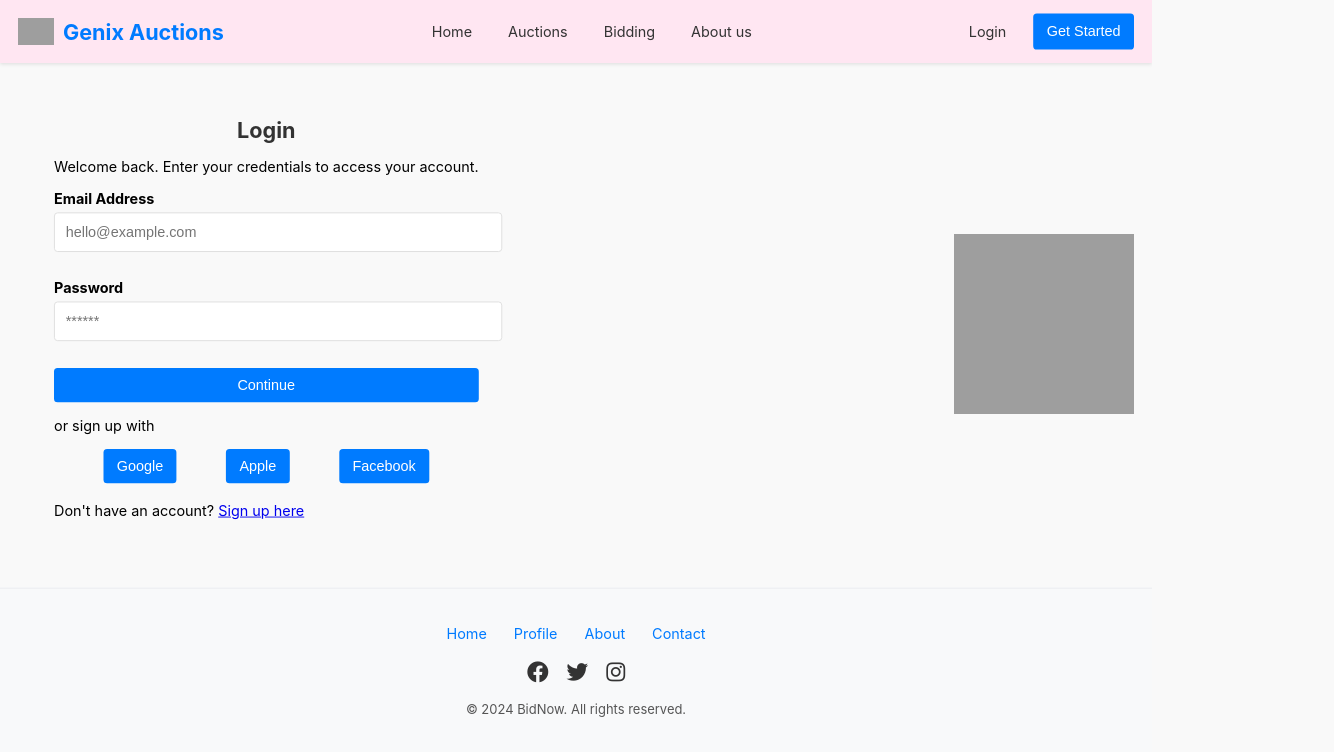
Repository: Manoj-T-V/AuctionBid
Page: /login
The author's editor kept a copy of each file at every save. The page is drawn from the files as they stood at one save, then again after a run of saves.
The browser window is 1280 px wide. The page is 1280 px wide, then 1482 px, so the pictures cover 1482 px, including what lies to the right of the window. The pictures show the whole page, at 90% of full size.
Pictures or frames that could not be fetched are drawn as grey boxes. The project was rebuilt for these pictures with package versions that can differ from the ones it lists, and the page was loaded fresh each time. Also part of the build but not shown: src/pages/Home.js, src/pages/AuctionItem.js, src/pages/Profile.js, src/styles/Signup.css, src/pages/Register.js, src/components/PrivateRoute.js, src/pages/Welcome.js, src/pages/CreateAuctionItem.js and 3 more.

Above is the page before, as saved 2024-10-19 21:42:30.

### public/index.html
<!DOCTYPE html>
<html lang="en">
  <head>
    <meta charset="utf-8" />
    <link rel="icon" href="%PUBLIC_URL%/favicon.ico" />
    <link rel="stylesheet" href="https://cdnjs.cloudflare.com/ajax/libs/font-awesome/5.15.4/css/all.min.css" />
    <meta name="viewport" content="width=device-width, initial-scale=1" />
    <meta name="theme-color" content="#000000" />
    <meta
      name="description"
      content="Web site created using create-react-app"
    />
    <link rel="apple-touch-icon" href="%PUBLIC_URL%/logo192.png" />
    <!--
      manifest.json provides metadata used when your web app is installed on a
      user's mobile device or desktop. See https://developers.google.com/web/fundamentals/web-app-manifest/
    -->
    <link rel="manifest" href="%PUBLIC_URL%/manifest.json" />
    <!--
      Notice the use of %PUBLIC_URL% in the tags above.
      It will be replaced with the URL of the `public` folder during the build.
      Only files inside the `public` folder can be referenced from the HTML.

      Unlike "/favicon.ico" or "favicon.ico", "%PUBLIC_URL%/favicon.ico" will
      work correctly both with client-side routing and a non-root public URL.
      Learn how to configure a non-root public URL by running `npm run build`.
    -->
    <title>React App</title>
  </head>
  <body>
    <noscript>You need to enable JavaScript to run this app.</noscript>
    <div id="root"></div>
    <!--
      This HTML file is a template.
      If you open it directly in the browser, you will see an empty page.

      You can add webfonts, meta tags, or analytics to this file.
      The build step will place the bundled scripts into the <body> tag.

      To begin the development, run `npm start` or `yarn start`.
      To create a production bundle, use `npm run build` or `yarn build`.
    -->
  </body>
</html>

### src/App.js
import React from 'react';
import { BrowserRouter as Router, Route, Routes } from 'react-router-dom';
import Home from './pages/Home';
import AuctionItem from './pages/AuctionItem';
import Profile from './pages/Profile';
import Register from './pages/Register';
import Login from './pages/Login';
import Navbar from './components/Navbar';
import PrivateRoute from './components/PrivateRoute';
import { createGlobalStyle } from 'styled-components';
import Footer from './components/Footer';
import Welcome from './pages/Welcome';
import AuctionCreate from './pages/CreateAuctionItem.js'
import MyAuctions from './pages/MyAuctions.js';
import AuctionEdit from './pages/MyAuctionEdit.js';
import MyBids from './pages/MyBids.js';

const GlobalStyle = createGlobalStyle`
  body {
    font-family: 'Inter', sans-serif;
    background-color: #F9F9F9;
    margin: 0;
    padding: 0;
    box-sizing: border-box;
  }

  h1, h2, h3, h4, h5, h6 {
    margin: 0;
    font-weight: bold;
    color: #333;
  }

  button {
    background-color: #007BFF;
    color: white;
    border: none;
    border-radius: 4px;
    padding: 10px 15px;
    font-size: 1rem;
    cursor: pointer;
  }

  button:hover {
    background-color: #0056b3;
  }

  input {
    padding: 10px;
    border: 1px solid #DDD;
    border-radius: 4px;
    font-size: 1rem;
    width: 100%;
    margin-bottom: 15px;
  }

  .container {
    max-width: 1200px;
    margin: 0 auto;
    padding: 0 20px;
  }

  .page-title {
    text-align: center;
    margin: 20px 0;
    font-size: 2rem;
    color: #444;
  }
`;

function App() {
  return (
    <Router>
      <GlobalStyle />
      <div>
        <Navbar />
        <Routes>
          <Route path="/" element={<Home />} />
          <Route path="/login" element={<Login />} />
          <Route path="/register" element={<Register />} />
          <Route path="/auction/:id" element={<AuctionItem />} />
          <Route path="/profile" element={<Profile />} />
          <Route path="/welcome" element={<Welcome />} />
          <Route path="/createauction" element={< AuctionCreate />} />
          <Route path="/myauctions" element={< MyAuctions />} />
          <Route path="/auctions/edit/:id" element={<AuctionEdit />} />
          <Route path="/mybids" element={<MyBids />} />
        </Routes>
        <Footer></Footer>
      </div>
    </Router>
  );
}

export default App;

### src/pages/Login.js
import React, { useState } from 'react';
import axios from 'axios';
import { useNavigate } from 'react-router-dom';
import { Link } from 'react-router-dom';
import loginImage from '../assets/login.svg';

import '../styles/Login.css'; // Import the CSS file for styling

const apiUrl = process.env.REACT_APP_API_URL;

function LoginPage() {
  const [email, setEmail] = useState('');
  const [password, setPassword] = useState('');
  const navigate = useNavigate();

  const handleSubmit = async (e) => {
    console.log(apiUrl);
    e.preventDefault();
    try {
      const response = await axios.post(`${apiUrl}/api/auth/login`, { email, password });
      console.log('Login successful:', response.data);
      const token = response.data.token;
      localStorage.setItem('name', response.data.user.name);
      localStorage.setItem('email', response.data.user.email);
      localStorage.setItem('token', token);
      navigate('/');
    } catch (error) {
      console.error("Error while logging in:", error);
    }
  };

  return (
    <div className="login-container">
      <div className="login-wrapper">
        <div className="login-card">
          <h2>Login</h2>
          <p>Welcome back. Enter your credentials to access your account.</p>
          <form onSubmit={handleSubmit}>
            <div className="input-group">
              <label htmlFor="email">Email Address</label>
              <input
                type="email"
                id="email"
                value={email}
                onChange={(e) => setEmail(e.target.value)}
                placeholder="hello@example.com"
                required
              />
            </div>
            <div className="input-group">
              <label htmlFor="password">Password</label>
              <input
                type="password"
                id="password"
                value={password}
                onChange={(e) => setPassword(e.target.value)}
                placeholder="******"
                required
              />
            </div>
            <button type="submit" className="full-width-button">Continue</button>
          </form>
          <p>or sign up with</p>
          <div className="social-login">
            <button className="google-login">Google</button>
            <button className="apple-login">Apple</button>
            <button className="facebook-login">Facebook</button>
          </div>
          <p>Don't have an account? <Link to="/register">Sign up here</Link></p>
        </div>
        <div className="login-image">
          <img src="https://picsum.photos/200" alt="Login illustration" />
        </div>
      </div>
    </div>
  );
}

export default LoginPage;

### src/components/Navbar.js
import React, { useState } from 'react';
import { Link, useNavigate } from 'react-router-dom';
import styled from 'styled-components';
import { FaUserCircle } from 'react-icons/fa'; // Import the user icon

const Nav = styled.nav`
  background-color: #ffe6f2;
  padding: 15px 20px;
  box-shadow: 0 2px 4px rgba(0, 0, 0, 0.1);
  display: flex;
  justify-content: space-between;
  align-items: center;

  .logo {
    font-size: 1.5rem;
    font-weight: bold;
    color: #007BFF;
    display: flex;
    align-items: center;
  }

  .nav-links {
    display: flex;
    gap: 20px;
  }

  a {
    text-decoration: none;
    color: #333;
    font-size: 1rem;
    padding: 10px;
  }

  a:hover {
    color: #007BFF;
  }

  .profile-section {
    position: relative;
  }

  .profile-icon {
    cursor: pointer;
    font-size: 2rem;
  }

  .dropdown {
    position: absolute;
    width: max-content;
    top: 100%;
    right: 0;
    background-color: white;
    box-shadow: 0px 4px 8px rgba(0, 0, 0, 0.1);
    border-radius: 5px;
    display: ${({ showDropdown }) => (showDropdown ? 'block' : 'none')};
    padding: 5px;
  }

  .dropdown a {
    display: block;
    text-decoration: none;
    color: #333;
  }

  .dropdown a:hover {
    background-color: #f0f0f0;
  }
`;

const Navbar = () => {
  const [showDropdown, setShowDropdown] = useState(false);
  const navigate = useNavigate();

  const handleLogout = () => {
    localStorage.removeItem('token');
    navigate('/login');
  };

  const handleRegister = () => {
    navigate('/register');
  };

  const toggleDropdown = () => {
    setShowDropdown(!showDropdown);
  };

  return (
    <Nav showDropdown={showDropdown}>
      <div className="logo">
        <img src="/logo.png" alt="Logo" style={{ height: '30px', marginRight: '10px' }} />
        Genix Auctions
      </div>

      <div className="nav-links">
        <Link to="/">Home</Link>
        <Link to="/auctions">Auctions</Link>
        <Link to="/bidding">Bidding</Link>
        <Link to="/about">About us</Link>
      </div>

      {localStorage.getItem('token') ? (
        <div className="profile-section">
          <FaUserCircle className="profile-icon" onClick={toggleDropdown} />
          <div className="dropdown">
            <Link to="/profile">Profile</Link>
            <Link to="/myauctions">My Auctions</Link>
            <Link to="/mybids">My Bids</Link>
            <Link to="" onClick={handleLogout}>Logout</Link>
          </div>
        </div>
      ) : (
        <div className="nav-links">
          <Link to="/login">Login</Link>
          <button onClick={handleRegister}>Get Started</button>
        </div>
      )}
    </Nav>
  );
};

export default Navbar;

### src/components/Footer.js
import React from 'react';
import styled from 'styled-components';
import { Link } from 'react-router-dom';

const FooterContainer = styled.footer`
  background-color: #f8f9fa;
  padding: 40px 0;
  text-align: center;
  border-top: 1px solid #e9ecef;

  .footer-links {
    display: flex;
    justify-content: center;
    gap: 30px;
    margin-bottom: 20px;
  }

  a {
    text-decoration: none;
    color: #007bff;
    font-size: 1rem;
  }

  a:hover {
    color: #0056b3;
  }

  .social-icons {
    display: flex;
    justify-content: center;
    gap: 20px;
    margin-bottom: 20px;

    i {
      font-size: 1.5rem;
      color: #333;
    }

    i:hover {
      color: #007bff;
    }
  }

  .footer-text {
    color: #555;
    font-size: 0.9rem;
    margin-bottom: 0;
  }
`;

const Footer = () => {
  return (
    <FooterContainer>
      <div className="footer-links">
        <Link to="/">Home</Link>
        <Link to="/profile">Profile</Link>
        <Link to="/about">About</Link>
        <Link to="/contact">Contact</Link>
      </div>

      <div className="social-icons">
        <a href="https://www.facebook.com" target="_blank" rel="noopener noreferrer">
          <i className="fab fa-facebook"></i>
        </a>
        <a href="https://www.twitter.com" target="_blank" rel="noopener noreferrer">
          <i className="fab fa-twitter"></i>
        </a>
        <a href="https://www.instagram.com" target="_blank" rel="noopener noreferrer">
          <i className="fab fa-instagram"></i>
        </a>
      </div>

      <p className="footer-text">&copy; 2024 BidNow. All rights reserved.</p>
    </FooterContainer>
  );
};

export default Footer;

### src/styles/Login.css
.login-container {

  padding: 20px; /* Add padding to the container */
}

.login-card {
  padding: 40px; /* Increase padding within the card */
}

.input-group {
  display: flex;
  flex-direction: column;
  margin-bottom: 15px;
}

.input-group label {
  margin-bottom: 5px;
  font-weight: bold;
}

.input-group input {

  padding: 12px; /* Increase padding for input fields */
}

.forgot-password {
  display: block;
  text-align: right;
  margin-top: 5px;
  color: #666;
  font-size: 14px;
}

.checkbox-group {
  display: flex;
  align-items: center;
  margin-bottom: 20px;
}

.checkbox-group input {
  margin-right: 5px;
}

.social-login {
  display: flex;
  justify-content: center;
  margin-bottom: 20px;
  place-content: space-evenly;
}

.login-wrapper {
  display: flex;
  justify-content: space-between;
  align-items: center;
  width: 100%;
}

.full-width-button {
  width: 100%;
}

### src/styles/Bids.css
.my-bids-container {
    max-width: 800px;
    margin: 20px auto;
    padding: 20px;
    border: 1px solid #ddd;
    border-radius: 8px;
    box-shadow: 0 2px 10px rgba(0, 0, 0, 0.1);
    background-color: #f9f9f9;
  }

  h2 {
    text-align: center;
    color: #333;
  }

  .error-message {
    color: red;
    text-align: center;
    margin-bottom: 15px;
  }

  .bids-table {
    width: 100%;
    border-collapse: collapse;
  }

  .bids-table th,
  .bids-table td {
    padding: 12px 15px;
    text-align: left;
    border: 1px solid #ddd;
  }

  .bids-table th {
    background-color: #4CAF50;
    color: white;
  }

  .bids-table tbody tr:nth-child(even) {
    background-color: #f2f2f2;
  }

  .bids-table tbody tr:hover {
    background-color: #e0e0e0;
  }

  .auction-link {
    text-decoration: none;
    color: #4CAF50;
  }

  .auction-link:hover {
    text-decoration: underline;
  }

Loaded but not shown: src/index.js (common file); src/index.css (common file); src/reportWebVitals.js (common file)

After the next 4 saves:
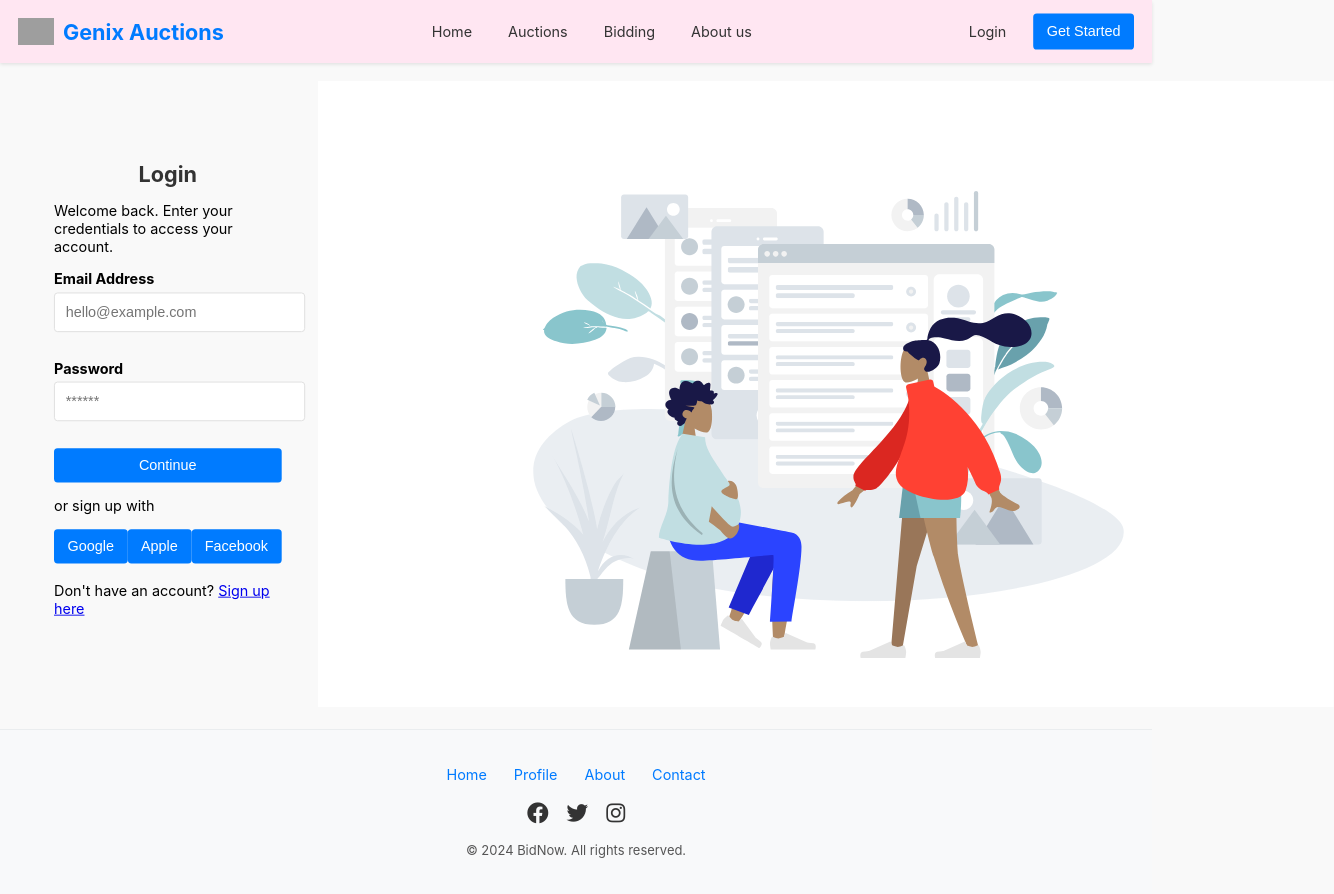
The 4 saves are shown as one change because they came seconds apart.
The last was saved 28 s later.
--- a/src/pages/Login.js
+++ b/src/pages/Login.js
@@ -69,7 +69,7 @@ function LoginPage() {
           <p>Don't have an account? <Link to="/register">Sign up here</Link></p>
         </div>
         <div className="login-image">
-          <img src="https://picsum.photos/200" alt="Login illustration" />
+          <img src={loginImage} alt="Login illustration" />
         </div>
       </div>
     </div>
